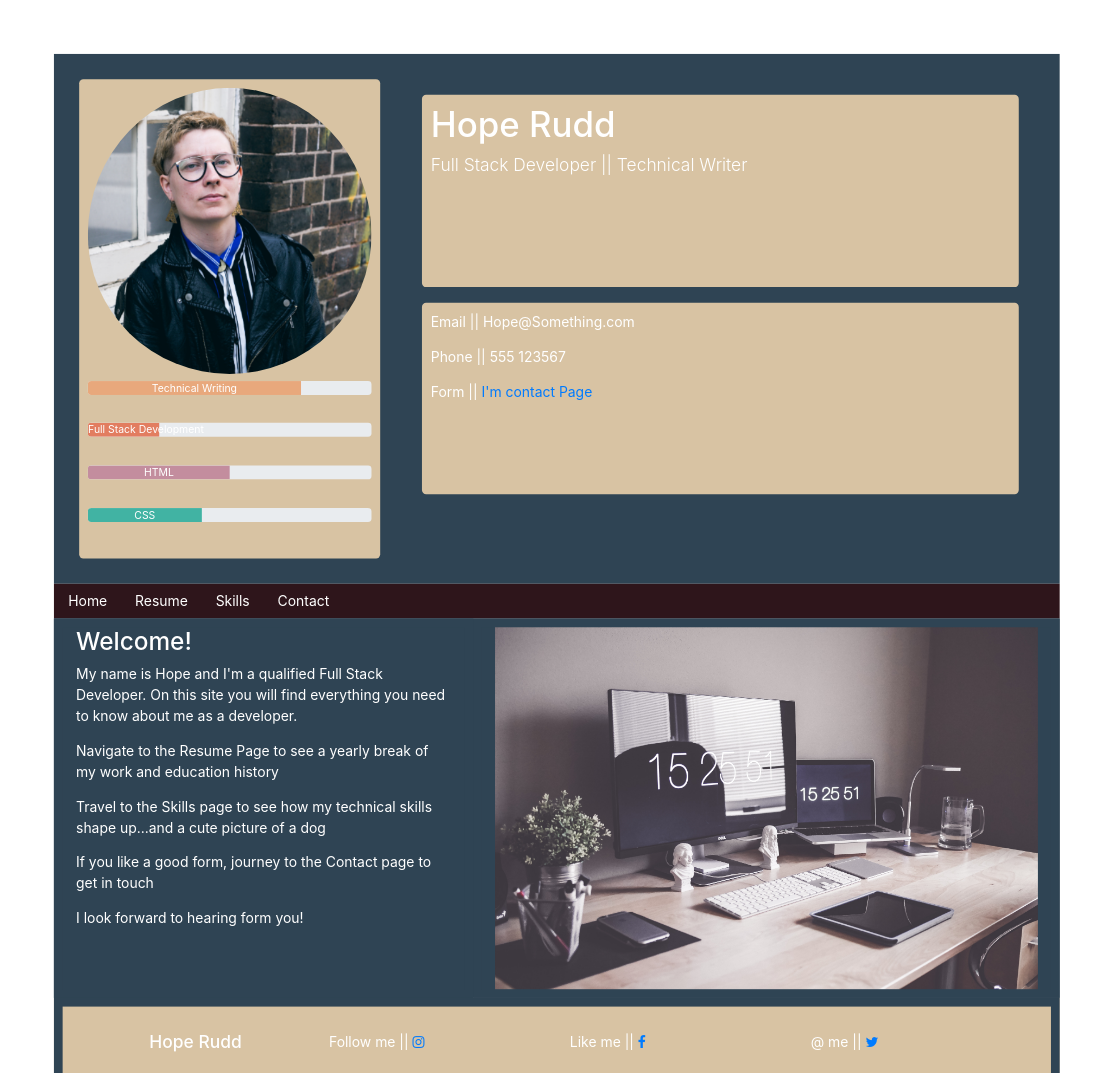
Repository: BleakTerrain/MilestoneProject-
Page: index.html
The author's editor kept a record of every edit. The page is drawn from the files as they stood at one moment, then again after the next edit.
The browser window is 1280 px wide. The pictures show the whole page, at 87% of full size.
Some web libraries are served in a nearby version.

Above is the page before.

After the next edit:
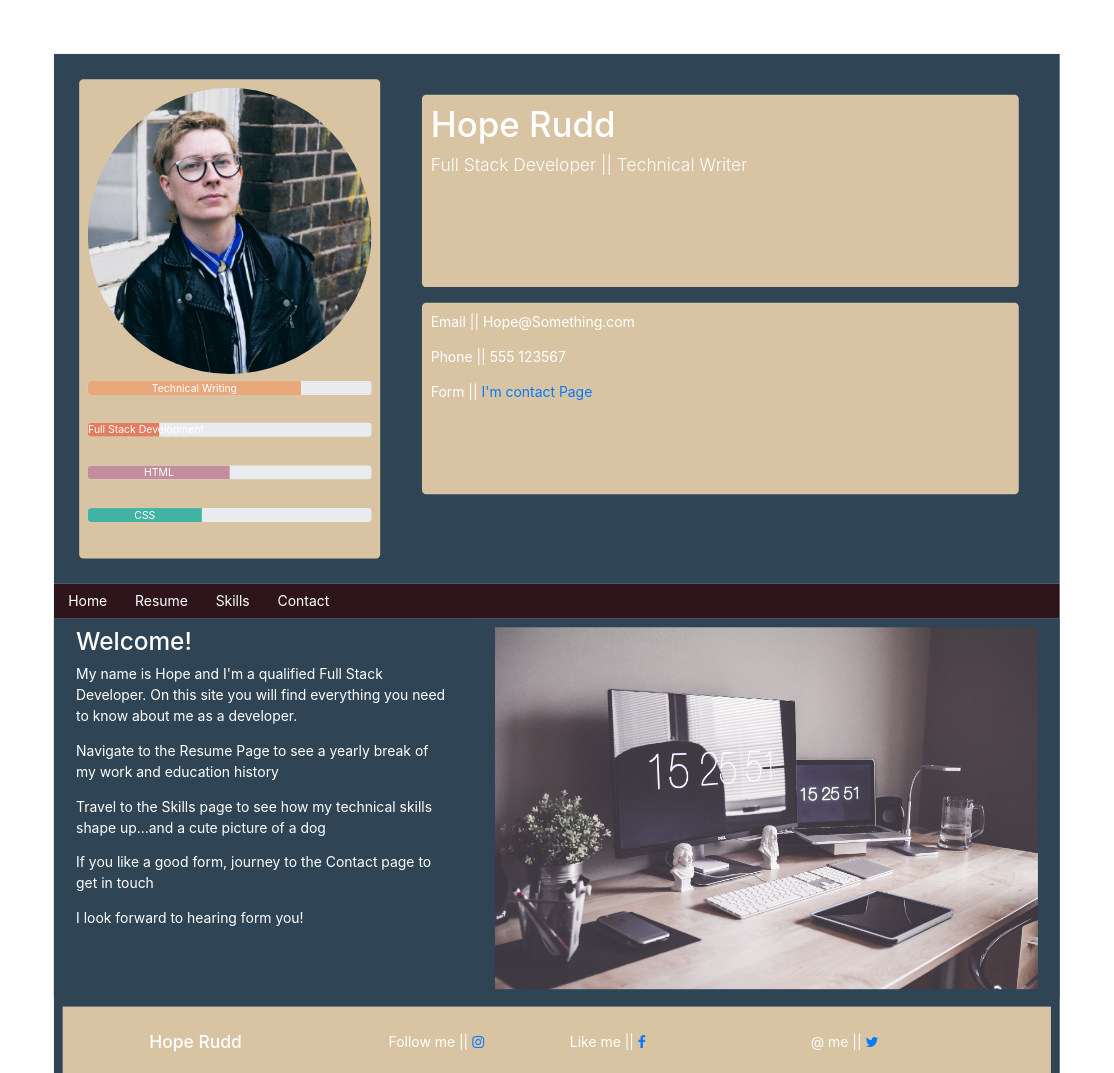
The edit:
--- a/index.html
+++ b/index.html
@@ -120,7 +120,7 @@
 <div class="col-sm-3 footer-item">
   <h5>  Hope Rudd  </h5>
   </div>
-  <div class="col-sm-3 footer-item-insta">
+  <div class="col-sm-3 footer-item">
       <p>Follow me || <a href = "#"> <i class="fa fa-instagram aria-hidden=true"></i></a></p>
   <span class = "sr-only">Instagram link</span>
   </div>
